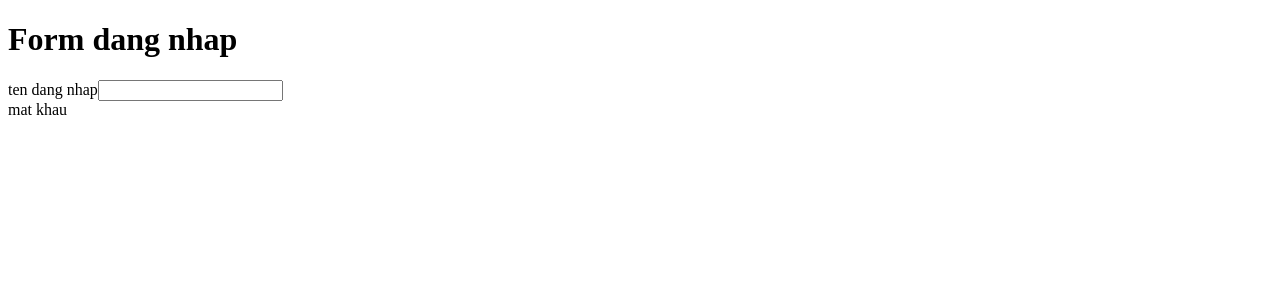
Repository: iamwind-dev/PHP
Page: http://localhost/tuan2/bai1/bai1.php
These files come from the project's save history. The page is drawn as it stood at one moment and after a run of saves; the edit follows.
The browser window is 1280 px wide. The pictures show the whole page.
The page is run by PHP 8.4 with error messages shown; the project is at /var/www/html/.

Above is the page before, as saved 2023-09-15 14:49:22.

### tuan2/bai1/bai1.php
<!DOCTYPE html>
<html lang="en">

<head>
    <meta charset="UTF-8">
    <meta name="viewport" content="width=device-width, initial-scale=1.0">
    <title>Form Dang Nhap</title>
</head>

<body>
    <?php

    ?>
    <h1>Form dang nhap</h1>
    <form action="xulydangnhap.php" method="GET">
        ten dang nhap<input type="text" name="username"><br>
        mat khau
</body>

</html>

After the next 2 saves:
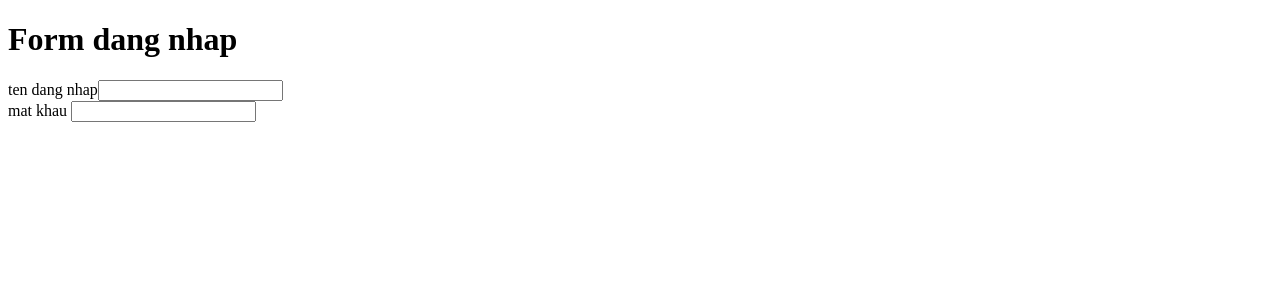
The 2 saves are shown as one change because they came seconds apart.
The last was saved 6 s later.
--- a/tuan2/bai1/bai1.php
+++ b/tuan2/bai1/bai1.php
@@ -14,7 +14,7 @@
     <h1>Form dang nhap</h1>
     <form action="xulydangnhap.php" method="GET">
         ten dang nhap<input type="text" name="username"><br>
-        mat khau
+        mat khau <input type="text">
 </body>
 
 </html>
